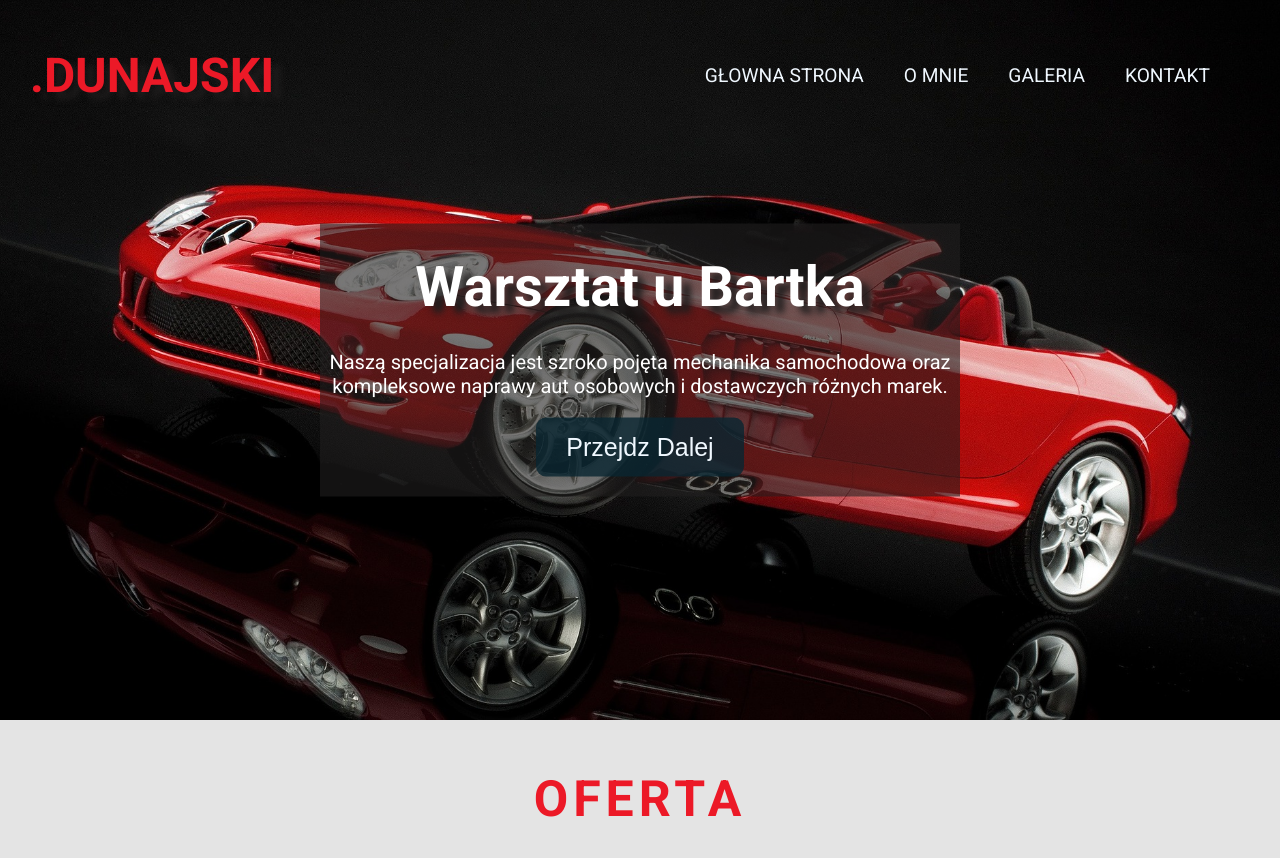
Repository: emas130/car-workshop-website
Page: index.html
The author's editor kept a copy of each file at every save. The page is drawn from the files as they stood at one save, then again after the next save.
The browser window is 1280 px wide. The pictures show the part of the page from y = 0 to 858 px (the page is 1578 px tall).
A picture or video elsewhere on the page could not be fetched, so the positions and the page height are approximate. Some web libraries are served in a nearby version.

Above is the page before, as saved 2018-09-27 19:13:54.

After the next save:
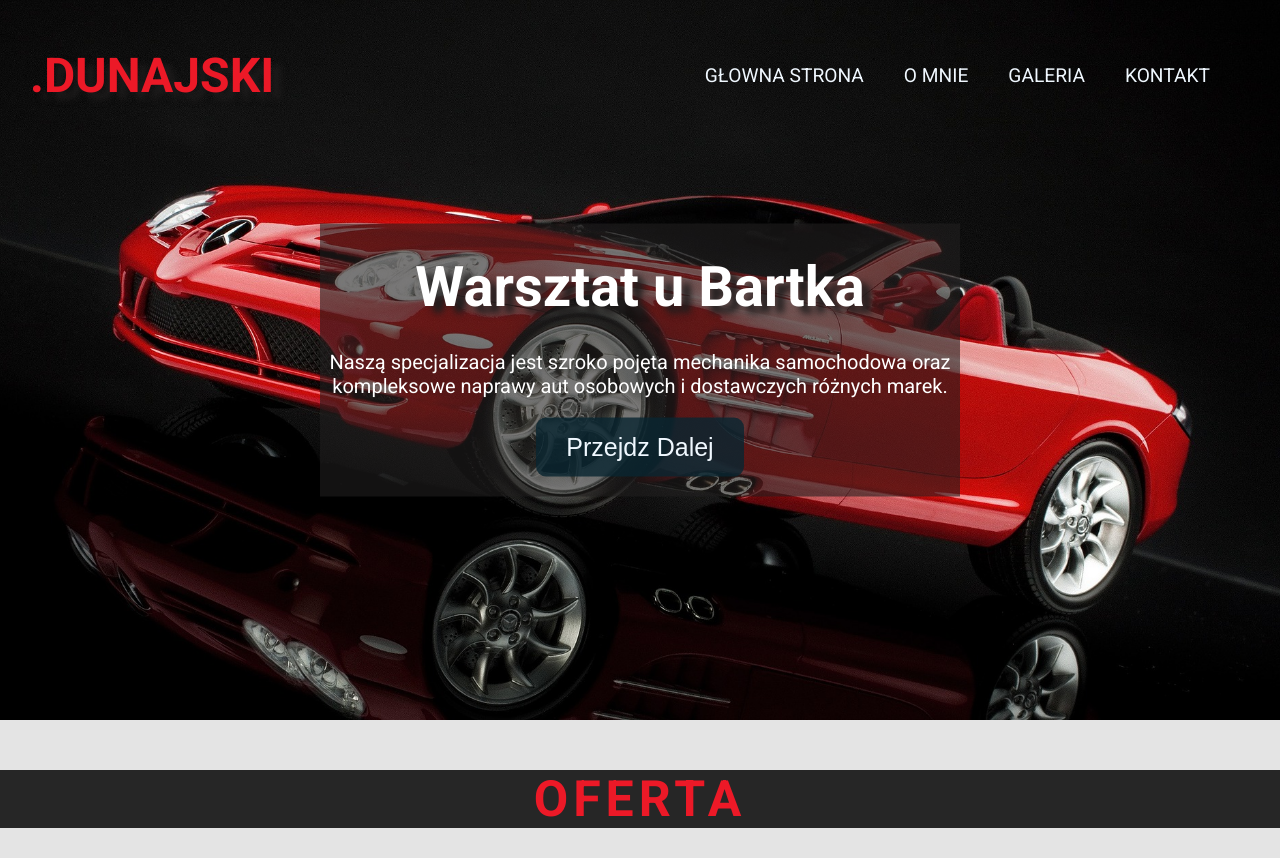
Saved 60 s later.
--- a/style.css
+++ b/style.css
@@ -119,6 +119,7 @@ button {
 	margin-top: 50px;
 	color: #ec1927;
 	text-transform: uppercase;
+	background: #262626;
 }
 
 .container {
